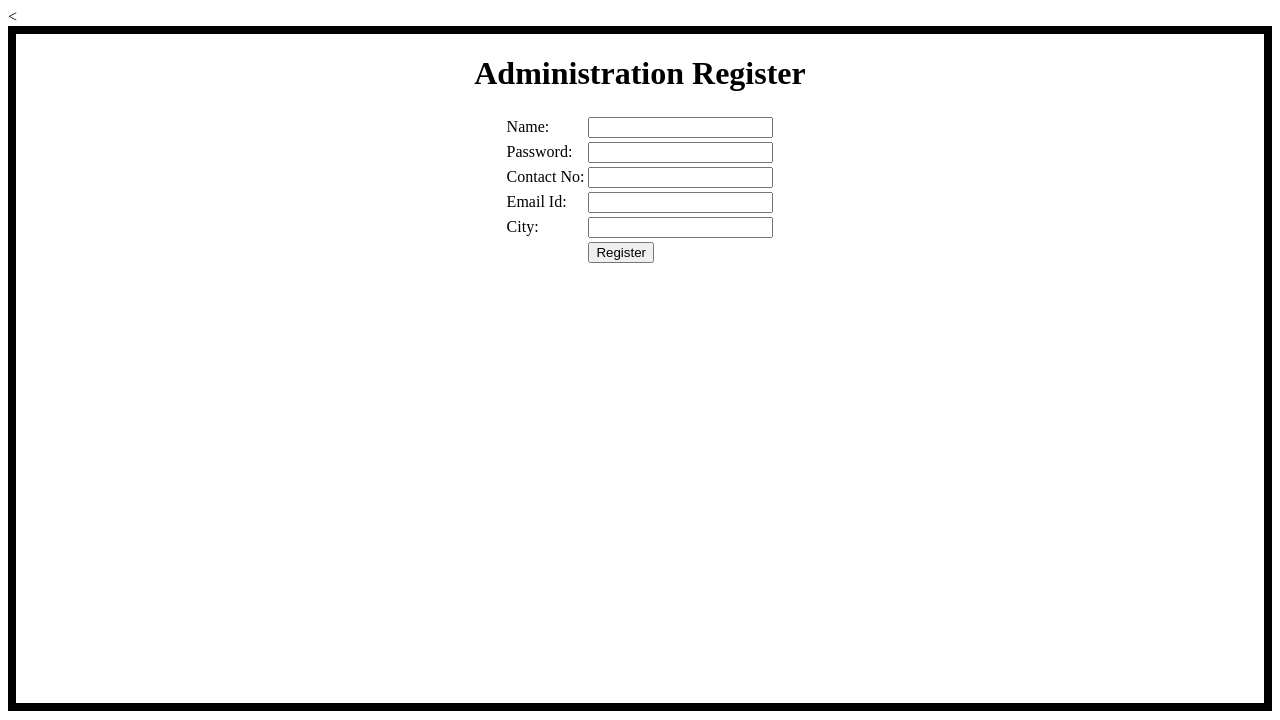
Repository: priyankagit8692/Phase_2_SimpliLearn-
Page: http://localhost/LearnerAcademyProject/AdminRegistration.jsp
An editor plug-in stored every save of this project. The page is shown before and after the next save, followed by the edit.
The browser window is 1280 px wide. The pictures show the whole page.
The page is served by Tomcat 9. Other server files are loaded and not shown.

Above is the page before, as saved 2021-03-20 06:43:58.

### FinalProjectPhase2/LearnerAcademyProject/WebContent/AdminRegistration.jsp
<%@ page contentType="text/html;charset=UTF-8" language="java" %>
<%@ taglib uri="http://java.sun.com/jsp/jstl/core" prefix="c" %>
<html>
<head>
<meta charset="ISO-8859-1">
<title>Administration Register</title>
</head>
<body>

	<<div align='center' style='border: solid 8px black; height: 95%'>
	   <h1>Administration Register</h1>
	   <form method="post" action="adminRegister">
	   		<table>
	   			<tr>
	   			<td>Name:</td>
	   			<td><input type="text" name="adminName"></td>
	   			</tr>
	   			<tr>
	   			<td>Password:</td>
	   			<td><input type="password" name="adminPassword"></td>
	   			</tr>
	   			<tr>
	   			<td>Contact No:</td>
	   			<td><input type="text" name="adminContact"></td>
	   			</tr>
	   			<tr>
	   			<td>Email Id:</td>
	   			<td><input type="text" name="adminEmail"></td>
	   			</tr>
	   			<tr>
	   			<td>City:</td>
	   			<td><input type="text" name="adminCity"></td>
	   			</tr>
	   			<tr>
                <td></td>
                <td>
                    <button type="submit">Register</button>
                </td>
               </tr>
        </table>
        <c:if test="${not empty msg}">
            <c:out value="${msg}"/>
        </c:if>
	   		</table>
	   </form>
	</div>
</body>
</html>

After the next save:
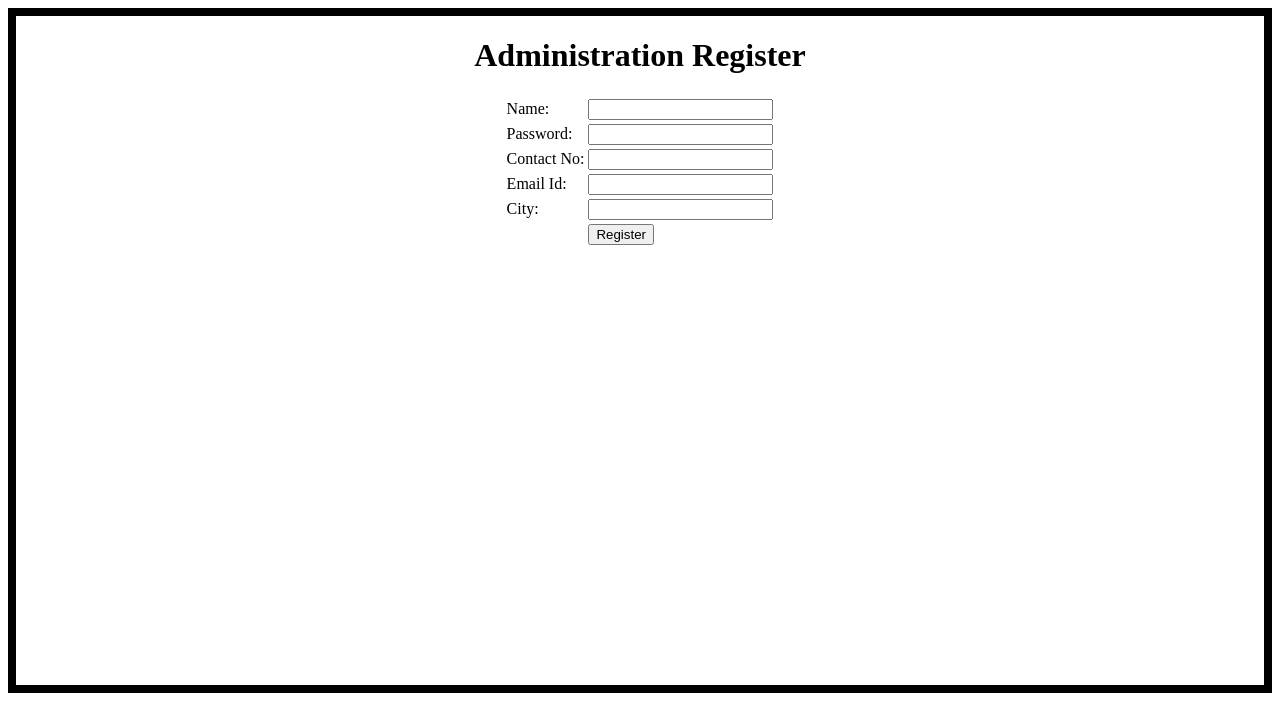
Saved 32 s later.
--- a/FinalProjectPhase2/LearnerAcademyProject/WebContent/AdminRegistration.jsp
+++ b/FinalProjectPhase2/LearnerAcademyProject/WebContent/AdminRegistration.jsp
@@ -7,7 +7,7 @@
 </head>
 <body>
 
-	<<div align='center' style='border: solid 8px black; height: 95%'>
+	<div align='center' style='border: solid 8px black; height: 95%'>
 	   <h1>Administration Register</h1>
 	   <form method="post" action="adminRegister">
 	   		<table>
